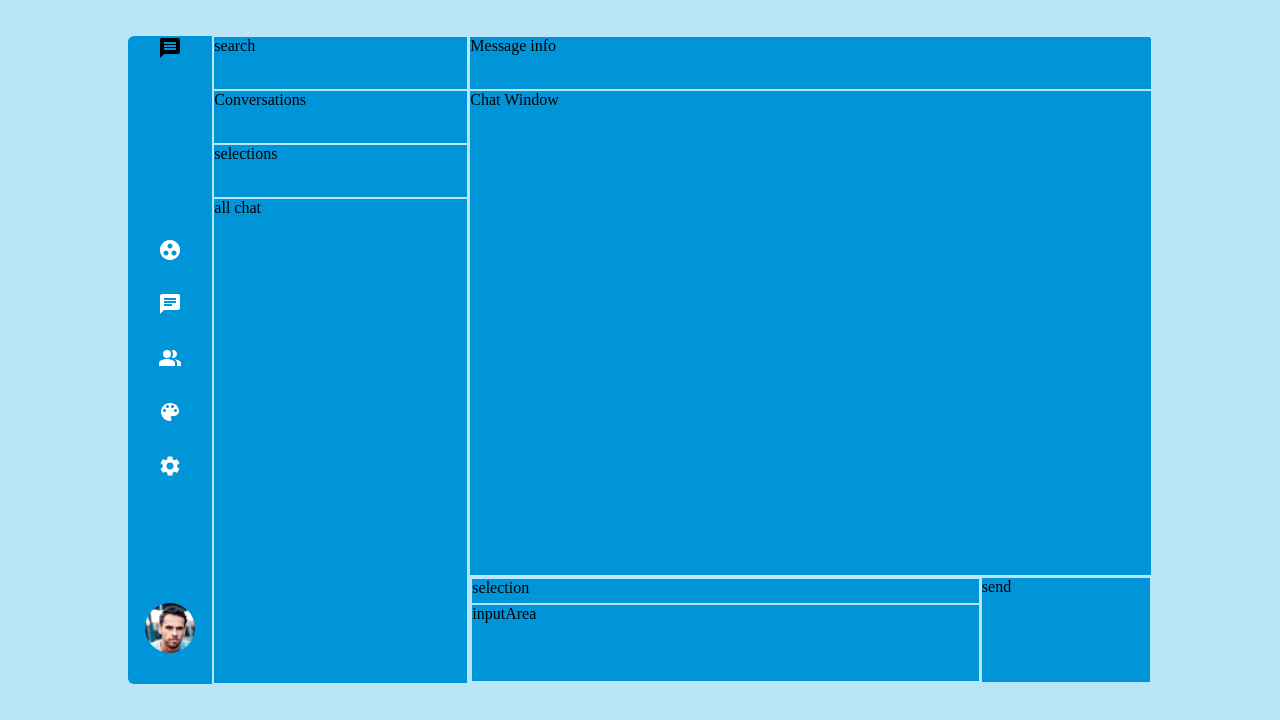
Repository: arafat877/super-chat
Page: /
An editor plug-in stored every save of this project. The page is shown before and after the next save, followed by the edit.
The browser window is 1280 px wide. The pictures show the whole page.
The project was rebuilt for these pictures with package versions that can differ from the ones it lists, and the page was loaded fresh each time.

Above is the page before, as saved 2020-08-04 23:50:44.

After the next save:
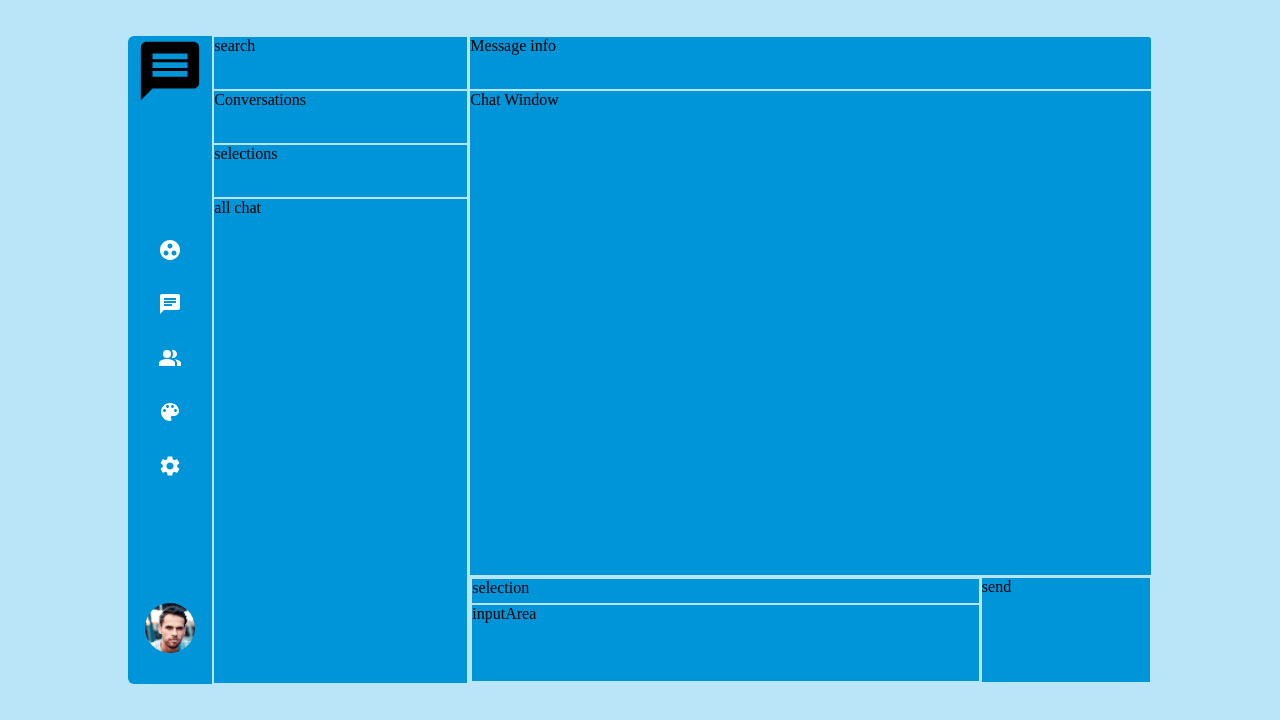
Saved 15 s later.
--- a/src/App.js
+++ b/src/App.js
@@ -16,7 +16,7 @@ function App() {
       <div className="appWrapper">
         <div className="mainColumn">
           <div className="mcLogo">
-            <Message/>
+            <Message className="logo"/>
           </div>
           <div className="mcList">
             <ul className="mainList">
